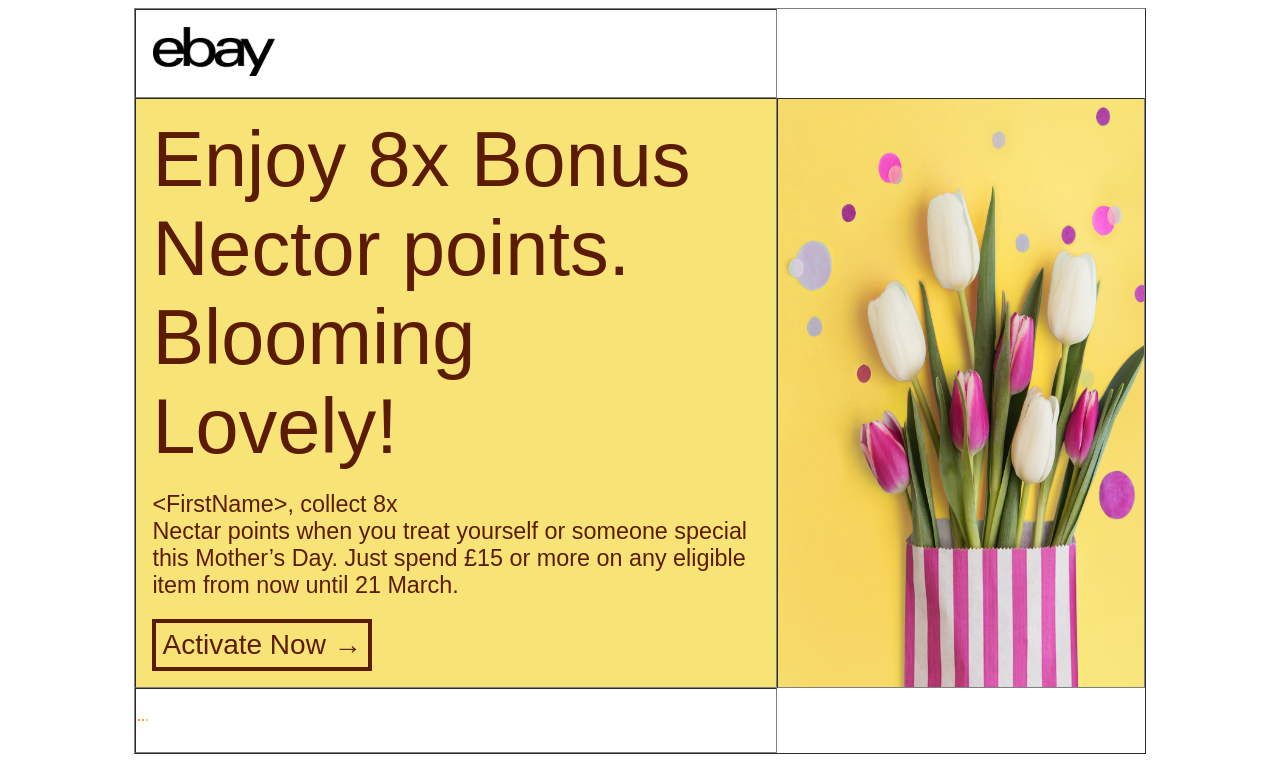
Repository: AnkurDevv/feed-dev-test
Page: index.html
An editor plug-in stored every save of this project. The page is shown before and after the next save, followed by the edit.
The browser window is 1280 px wide. The pictures show the whole page.

Above is the page before, as saved 2020-03-28 21:01:02.

### index.html
<!DOCTYPE html>
<!--[if lt IE 7]>      <html class="no-js lt-ie9 lt-ie8 lt-ie7"> <![endif]-->
<!--[if IE 7]>         <html class="no-js lt-ie9 lt-ie8"> <![endif]-->
<!--[if IE 8]>         <html class="no-js lt-ie9"> <![endif]-->
<!--[if gt IE 8]><!-->
<html>
<!--<![endif]-->

<head>
  <meta charset="utf-8">
  <meta http-equiv="X-UA-Compatible" content="IE=edge">
  <title></title>
  <meta name="description" content="">
  <meta name="viewport" content="width=device-width, initial-scale=1">
  <link rel="stylesheet" href="./style/index.css">
</head>

<body>
  <table border="1" cellpadding="0" cellspacing="0" height="100%" width="80%" id="bodyTable">

    <!-- HEADER ROW - START  -->
    <tr>
      <td>
        <table cellpadding="5" cellspacing="12" width="640" align="left" border="0" id="EmailHeader">
          <tr>
            <td valign="middle" id="EmailHeading">
              <img src="img/logo.png" alt="ebay-logo" id="ebay-logo">
            </td>
          </tr>
        </table>
      </td>
    </tr>
    <!-- HEADER ROW - START  -->

    <!-- HERO BODY - START  -->
    <tr cellpadding="4" cellspacing="12" width="100%" border="1" id="HeroBodyWrapper">

      <!-- HERO CONTENT -START -->
      <td id="heroContentWrapper">
        <table cellpadding="4" cellspacing="12" width="100%" align="left" border="0" id="heroContent">
          <!-- HERO MAIN HEADLINE - START -->
          <tr>
            <td id="heroMainHeading">
              Enjoy 8x Bonus Nector points.</br>
              Blooming <br>
              Lovely!
            </td>
          </tr>
          <!-- HERO MAIN HEADLINE - END -->

          <!-- HERO SUB-HEADING - START -->
          <tr>
            <td id="heroSubHeading">
              &lt;FirstName&gt;, collect 8x </br> Nectar points when you treat yourself or someone special this Mother’s
              Day.
              Just
              spend £15 or more on any eligible item from now until 21 March.
            </td>
          </tr>
          <!-- HERO SUB-HEADING - END -->

          <!-- HERO CTA - START -->
          <tr>
            <td id="heroCTAContainer">
              <button id="heroCTA">
                Activate Now <strong>&rarr;</strong>
              </button>
            </td>
          </tr>
          <!-- HERO CTA - END -->

          <!-- HERO IMAGE AT 480PX - START -->
          <tr style="display: none;">
            <td>
              <!-- FOR SMALL SCREENS IMAGE WILL SHOW HERE -->
            </td>
          </tr>
          <!-- HERO IMAGE AT 480PX - END -->
        </table>
      </td>
      <!-- HERO CONTENT - END -->

      <!-- HERO SECTION IMAGE FOR DESKTOP - START -->
      <td id=HeroImageContainer" width="65%">
        <img src="img/HeroDesktopBg.png" alt="flower pot image" id="HeroDesktopBg">
      </td>
      <!-- HERO SECTION IMAGE FOR DESKTOP - END -->

      <!-- HERO BODY - END  -->

      <!-- HERO & EVERDAY ESSENTIALS DIVIDER - START -->
    <tr id="dividerContainer">
      <td>
        <table>
          <td id="divCol1" class="divRow" colspan="1"></td>
          <td id="divCol2" class="divRow" colspan="1"></td>
          <td id="divCol3" class="divRow" colspan="2"></td>
        </table>
      </td>
    </tr>
    <!-- HERO & EVERDAY ESSENTIALS DIVIDER - END -->
  </table>

  <script src="" async defer></script>
</body>

</html>

### style/index.css
/* HEADER CSS - START */

#bodyTable{
  margin-left: 10%;
  margin-right: 10%;
}

#ebay-logo{
  width: 20%;
}
/* HEADER CSS - END */

/* HERO BODY CSS - START */
#heroContentWrapper{
  background-color: #f7e376;
}

#heroMainHeading{
  color: #5c1b05!important;
  font-size: 484%;
  font-family: sans-serif;
}

#heroSubHeading{
  color: #5c1b05!important;
  font-family: sans-serif;
  font-size: 146%;
}

#HeroImageContainer{
  padding: 0;
}

#HeroDesktopBg{
  width: 100%;
  height: 100%;
  display: block; /*otherwise it wont occupy the whole container*/
}

#heroCTA{
  border: 4px solid #5c1b05;
  color: #5c1b05;
  background: #f7e376;
  font-family: sans-serif;
  font-size: 175%;
  padding: 1%;
}
/* HERO BODY CSS - END */

/* HERO DIVIDER CSS - START */
#dividerContainer{
  height: 65px;
}

#divCol1{
  background-color: #ff8559;
}
#divCol2{
  background-color: #f7b100;
}
#divCol3{
  background-color: #fbcd25;
}
/* HERO DIVIDER CSS - END */

/* MAKING EMAIL RESPONSIVE CSS - START */

/* MAKING EMAIL RESPONSIVE CSS - END */

After the next save:
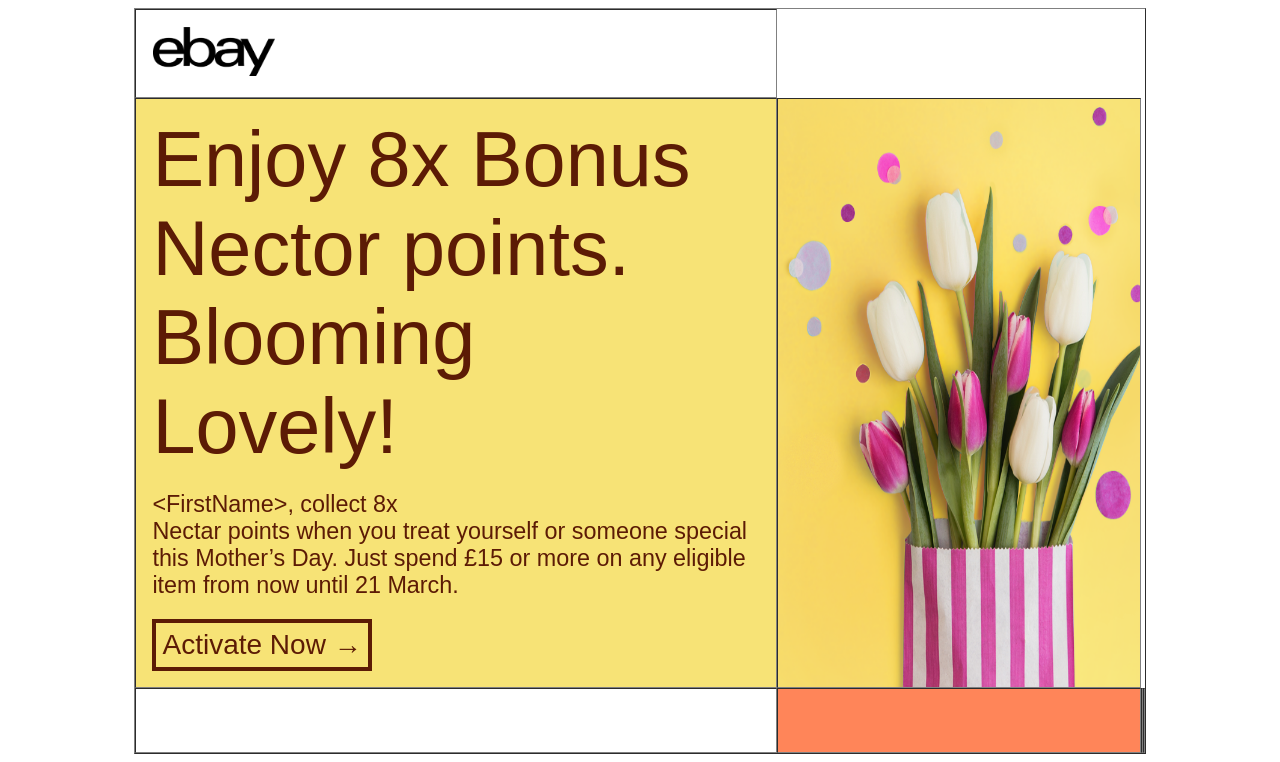
Saved 72 s later.
--- a/index.html
+++ b/index.html
@@ -91,11 +91,9 @@
       <!-- HERO & EVERDAY ESSENTIALS DIVIDER - START -->
     <tr id="dividerContainer">
       <td>
-        <table>
-          <td id="divCol1" class="divRow" colspan="1"></td>
-          <td id="divCol2" class="divRow" colspan="1"></td>
-          <td id="divCol3" class="divRow" colspan="2"></td>
-        </table>
+      <td id="divCol1" class="divRow" colspan="1"></td>
+      <td id="divCol2" class="divRow" colspan="1"></td>
+      <td id="divCol3" class="divRow" colspan="2"></td>
       </td>
     </tr>
     <!-- HERO & EVERDAY ESSENTIALS DIVIDER - END -->
